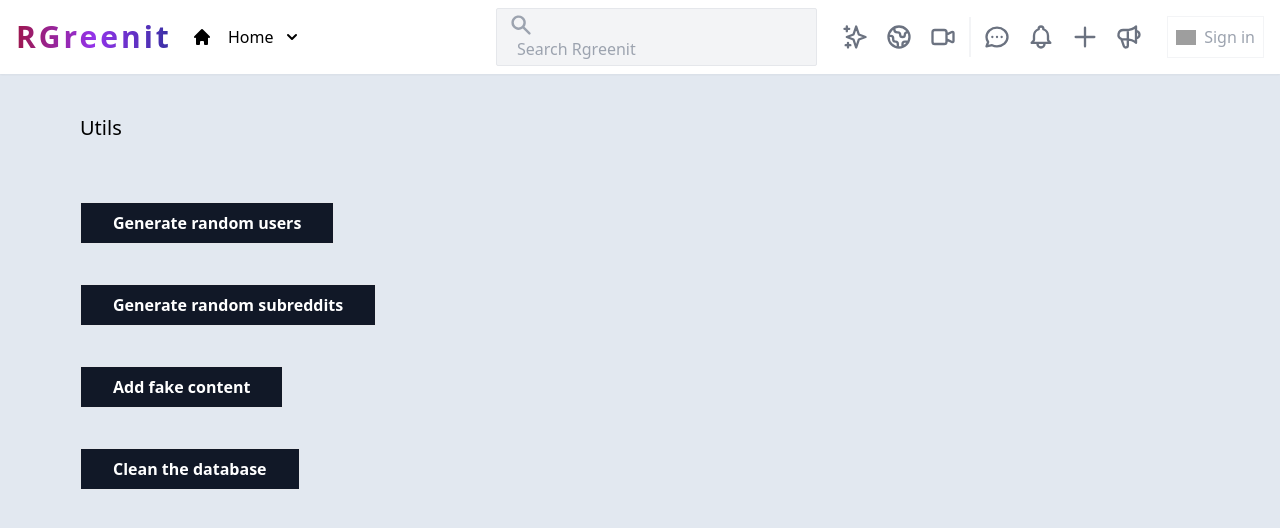
Repository: ITDevSolution/RGreen-it
Page: /utils
An editor plug-in stored every save of this project. The page is shown before and after the next save, followed by the edit.
The browser window is 1280 px wide. The pictures show the whole page.
Pictures or frames that could not be fetched are drawn as grey boxes. The page's requests for data from a server got no answer. The project was rebuilt for these pictures with package versions that can differ from the ones it lists, and the page was loaded fresh each time. The framework's server and built-in components were replaced by stand-ins that run in the browser. No one was signed in, and anything a server would have sent is missing. Also part of the build but not shown: next.config.js.

Above is the page before, as saved 2022-07-08 12:41:11.

After the next save:
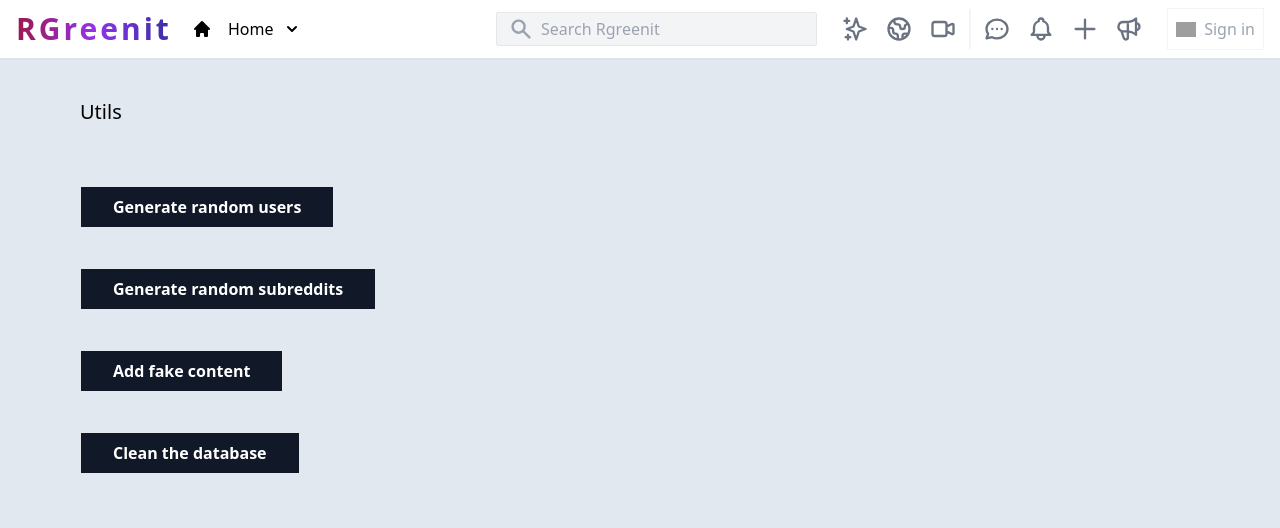
Saved 5 s later.
--- a/components/Header.js
+++ b/components/Header.js
@@ -46,7 +46,7 @@ function Header() {
       </div>
 
       {/* Search box */}
-      <form className="hidden md:inline md:flex-1 items-center space-x-2 rounded-sm border border-gray-200 bg-gray-100 px-3 py-1 ">
+      <form className="hidden md:flex md:flex-1 items-center space-x-2 rounded-sm border border-gray-200 bg-gray-100 px-3 py-1 ">
         <SearchIcon className="h-6 w-6 text-gray-400" />
         <input
           type="text"
